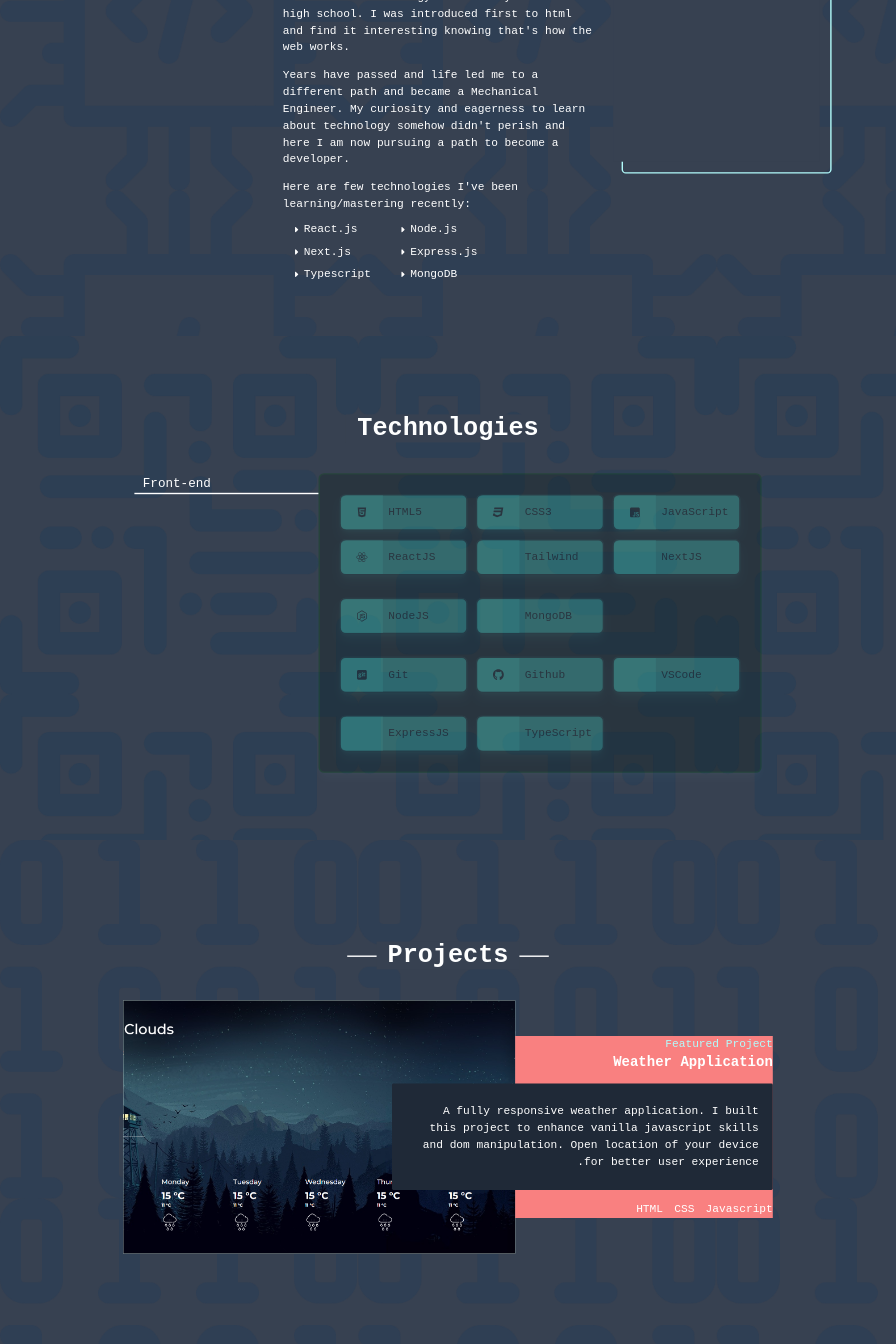
Repository: riandev25/nextjs-portfolio
Page: /
The author's editor kept a copy of each file at every save. The page is drawn from the files as they stood at one save, then again after the next save.
The browser window is 1280 px wide. The pictures show the part of the page from y = 960 to 2880 px (the page is 2880 px tall), at 70% of full size.
Backgrounds fixed to the window are drawn as part of the page. The project was rebuilt for these pictures with package versions that can differ from the ones it lists, and the page was loaded fresh each time. The framework's server and built-in components were replaced by stand-ins that run in the browser. Also part of the build but not shown: next.config.js, components/Home/Keyboard/index.module.css, components/Home/Keyboard/index.jsx, components/About/Contacts.jsx.

Above is the page before, as saved 2022-11-13 11:37:05.

After the next save:
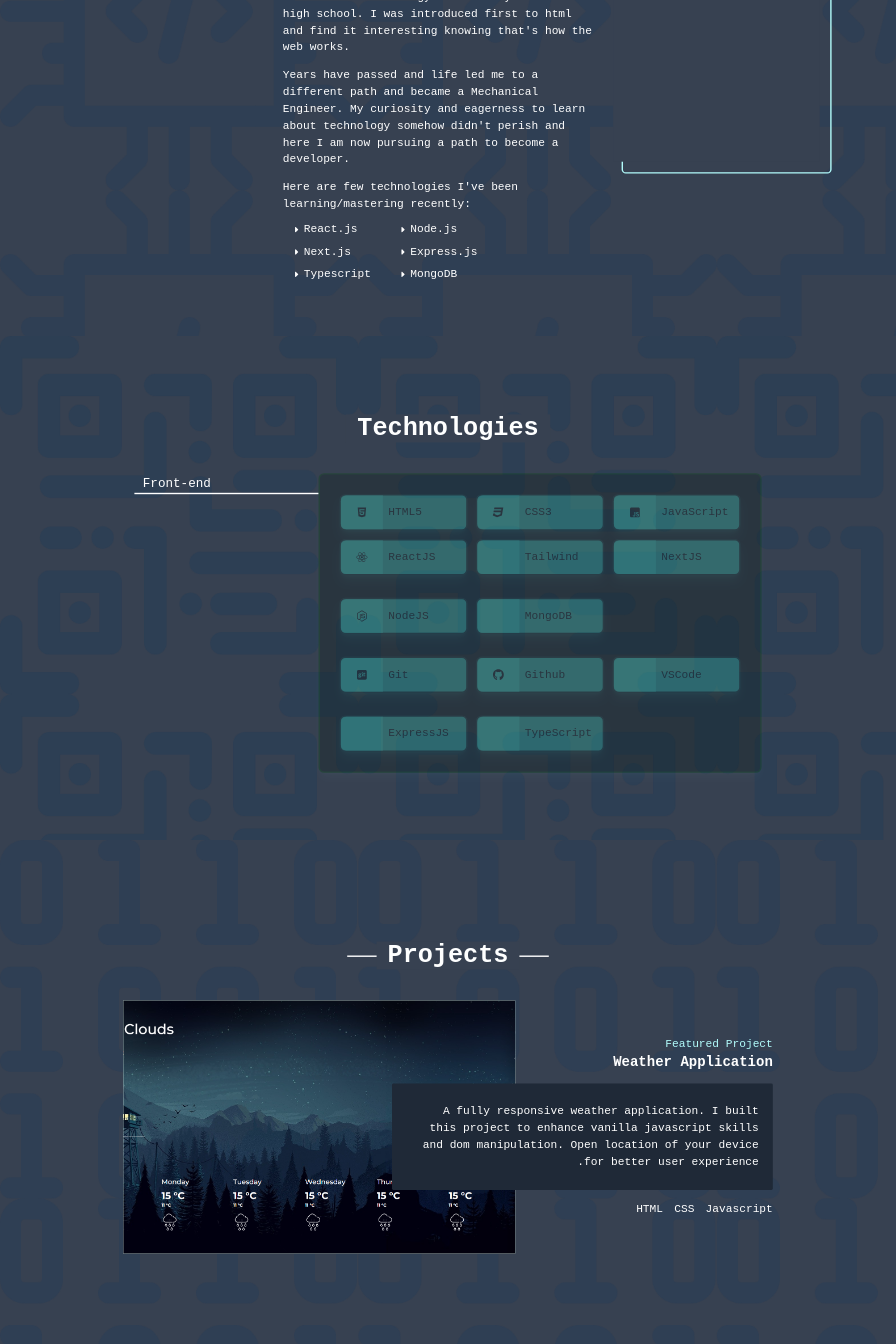
Saved 8 min 46 s later.
--- a/components/Projects/index.jsx
+++ b/components/Projects/index.jsx
@@ -35,7 +35,7 @@ const Projects = () => {
           />
         </section>
         <section
-          className='z-20 w-[23rem] overflow-visible bg-red-400 space-y-4 lg:w=[28rem]'
+          className='z-20 w-[23rem] overflow-visible space-y-4 lg:w=[28rem]'
           dir='rtl'
         >
           <div className='flex flex-col justify-end items-end' dir='ltr'>
